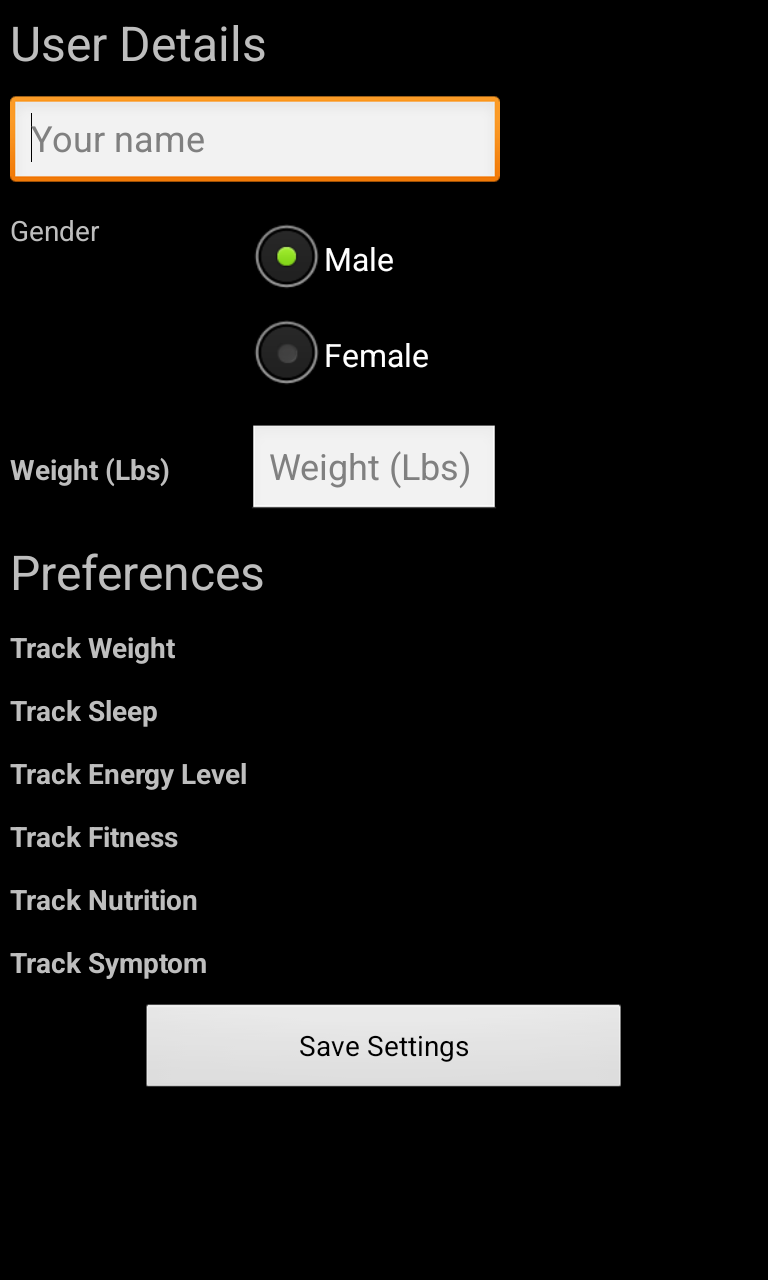
Repository: dillonyoung/CPD4493
Layout: TraCare/res/layout/preferences.xml
An editor plug-in stored every save of this project. The layout is shown before and after the next save, followed by the edit.
It is drawn on a 768 x 1280 px phone screen (xhdpi) without system bars, with theme android:Theme.Black; the app's code is not run.

Above is the layout before, as saved 2013-04-10 22:39:46.

### TraCare/res/layout/preferences.xml
<?xml version="1.0" encoding="utf-8"?>
<ScrollView xmlns:android="http://schemas.android.com/apk/res/android"
    android:layout_width="fill_parent"
    android:layout_height="fill_parent" >

    <TableLayout
        android:id="@+id/TableLayout1"
        android:layout_width="match_parent"
        android:layout_height="wrap_content" >

        <TableRow
            android:id="@+id/tableRow1"
            android:layout_width="wrap_content"
            android:layout_height="wrap_content"
            android:padding="5dip" >

            <TextView
                android:id="@+id/textView1"
                android:layout_width="wrap_content"
                android:layout_height="wrap_content"
                android:layout_span="2"
                android:text="@string/user_details"
                android:textSize="24sp" />
        </TableRow>

        <TableRow
            android:id="@+id/tableRow2"
            android:layout_width="wrap_content"
            android:layout_height="wrap_content"
            android:padding="5dip" >

            <EditText
                android:id="@+id/txtUserName"
                android:layout_width="wrap_content"
                android:layout_height="wrap_content"
                android:layout_span="2"
                android:ems="20"
                android:hint="@string/yourname"
                android:inputType="textPersonName" >

                <requestFocus />
            </EditText>
        </TableRow>

        <TableRow
            android:id="@+id/tableRow3"
            android:layout_width="wrap_content"
            android:layout_height="wrap_content"
            android:padding="5dip" >

            <TextView
                android:id="@+id/textView2"
                android:layout_width="wrap_content"
                android:layout_height="wrap_content"
                android:text="@string/gender"
                style="@style/label" />

            <RadioGroup
                android:id="@+id/rdgrpGender"
                android:layout_width="wrap_content"
                android:layout_height="wrap_content" >

                <RadioButton
                    android:id="@+id/radMale"
                    android:layout_width="wrap_content"
                    android:layout_height="wrap_content"
                    android:checked="true"
                    android:text="@string/male" />

                <RadioButton
                    android:id="@+id/radFemale"
                    android:layout_width="wrap_content"
                    android:layout_height="wrap_content"
                    android:text="@string/female" />
            </RadioGroup>
        </TableRow>

        <TableRow
            android:id="@+id/tableRow4"
            android:layout_width="wrap_content"
            android:layout_height="wrap_content"
            android:padding="5dip" >

            <TextView
                android:id="@+id/textView3"
                android:layout_width="wrap_content"
                android:layout_height="wrap_content"
                android:text="@string/weight"
                android:textStyle="bold" />

            <EditText
                android:id="@+id/txtUserWeight"
                android:layout_width="wrap_content"
                android:layout_height="wrap_content"
                android:ems="6"
                android:hint="@string/weight"
                android:inputType="numberDecimal" />
        </TableRow>

        <TableRow
            android:id="@+id/tableRow5"
            android:layout_width="wrap_content"
            android:layout_height="wrap_content"
            android:padding="5dip" >

            <TextView
                android:id="@+id/textView4"
                android:layout_width="wrap_content"
                android:layout_height="wrap_content"
                android:layout_span="2"
                android:text="@string/preferences"
                android:textSize="24sp" />
        </TableRow>

        <TableRow
            android:id="@+id/tableRow6"
            android:layout_width="wrap_content"
            android:layout_height="wrap_content"
            android:padding="5dip" >

            <TextView
                android:id="@+id/textView5"
                android:layout_width="wrap_content"
                android:layout_height="wrap_content"
                android:text="@string/track_weight"
                android:textStyle="bold" />

            <Switch
                android:id="@+id/switchWeight"
                android:layout_width="wrap_content"
                android:layout_height="wrap_content"
                android:text="" />
        </TableRow>

        <TableRow
            android:id="@+id/tableRow7"
            android:layout_width="wrap_content"
            android:layout_height="wrap_content"
            android:padding="5dip" >

            <TextView
                android:id="@+id/textView6"
                android:layout_width="wrap_content"
                android:layout_height="wrap_content"
                android:text="@string/track_sleep"
                android:textStyle="bold" />

            <Switch
                android:id="@+id/switchSleep"
                android:layout_width="wrap_content"
                android:layout_height="wrap_content"
                android:text="" />
        </TableRow>

        <TableRow
            android:id="@+id/tableRow8"
            android:layout_width="wrap_content"
            android:layout_height="wrap_content"
            android:padding="5dip" >

            <TextView
                android:id="@+id/textView7"
                android:layout_width="wrap_content"
                android:layout_height="wrap_content"
                android:text="@string/track_energy_level"
                android:textStyle="bold" />

            <Switch
                android:id="@+id/switchEnergyLevel"
                android:layout_width="wrap_content"
                android:layout_height="wrap_content"
                android:text="" />
        </TableRow>

        <TableRow
            android:id="@+id/tableRow9"
            android:layout_width="wrap_content"
            android:layout_height="wrap_content"
            android:padding="5dip" >

            <TextView
                android:id="@+id/textView8"
                android:layout_width="wrap_content"
                android:layout_height="wrap_content"
                android:text="@string/track_fitness"
                android:textStyle="bold" />

            <Switch
                android:id="@+id/switchFitness"
                android:layout_width="wrap_content"
                android:layout_height="wrap_content"
                android:text="" />
        </TableRow>

        <TableRow
            android:id="@+id/tableRow10"
            android:layout_width="wrap_content"
            android:layout_height="wrap_content"
            android:padding="5dip" >

            <TextView
                android:id="@+id/textView9"
                android:layout_width="wrap_content"
                android:layout_height="wrap_content"
                android:text="@string/track_nutrition"
                android:textStyle="bold" />

            <Switch
                android:id="@+id/switchNutrition"
                android:layout_width="wrap_content"
                android:layout_height="wrap_content"
                android:text="" />
        </TableRow>

                <TableRow
            android:id="@+id/tableRow11"
            android:layout_width="wrap_content"
            android:layout_height="wrap_content"
            android:padding="5dip" >

            <TextView
                android:id="@+id/textView10"
                android:layout_width="wrap_content"
                android:layout_height="wrap_content"
                android:text="@string/track_symptom"
                android:textStyle="bold" />

            <Switch
                android:id="@+id/switchSymptom"
                android:layout_width="wrap_content"
                android:layout_height="wrap_content"
                android:text="" />
        </TableRow>

        <TableRow
            android:id="@+id/tableRow12"
            android:layout_width="wrap_content"
            android:layout_height="wrap_content"
            android:gravity="center_horizontal"
            android:padding="5dip" >

            <Button
                android:id="@+id/btnSave"
                android:layout_width="wrap_content"
                android:layout_height="wrap_content"
                android:layout_span="2"
                android:text="@string/savesettings" />
        </TableRow>
    </TableLayout>

</ScrollView>

### TraCare/res/values/strings.xml
<?xml version="1.0" encoding="utf-8"?>
<resources>

    <string name="app_name">TraCare</string>
    <string name="action_settings">Settings</string>
    <string name="title_section1">Section 1</string>
    <string name="title_section2">Section 2</string>
    <string name="title_section3">Section 3</string>
    <string name="user_details">User Details</string>
    <string name="gender">Gender</string>
    <string name="male">Male</string>
    <string name="female">Female</string>
    <string name="weight">Weight (Lbs)</string>
    <string name="preferences">Preferences</string>
    <string name="track_weight">Track Weight</string>
    <string name="track_sleep">Track Sleep</string>
    <string name="track_energy_level">Track Energy Level</string>
    <string name="track_quality_of_sleep">Track Quality of Sleep</string>
    <string name="track_fitness">Track Fitness</string>
    <string name="track_nutrition">Track Nutrition</string>
    <string name="savesettings">Save Settings</string>
    <string name="back">Back</string>
    <string name="yourname">Your name</string>
    <string name="track_symptom">Track Symptom</string>
    <string name="image"></string>
    <string name="blank"></string>
    <string name="menu_add_entry">Add Entry</string>
    <string name="menu_delete_entry">Delete Entry</string>
    <string name="summary">Summary Report</string>
    <string name="startdate">Start Date</string>
    <string name="enddate">End Date</string>
    <string name="runreport">Run Report</string>
    <string name="reportstart">Report Start Date</string>
    <string name="reportend">Report End Date</string>
    <string name="lowestweight">Lowest Weight</string>
    <string name="lowestdate">Date of Lowest Weight</string>
	<string name="highestweight">Highest Weight</string>
    <string name="highestdate">Date of Highest Weight</string>
    <string name="averageweight">Average Weight</string>
    <string-array name="hours_of_sleep">
        <item>0.0 Hours of Sleep</item>
        <item>0.5 Hours of Sleep</item>
        <item>1.0 Hours of Sleep</item>
        <item>1.5 Hours of Sleep</item>
        <item>2.0 Hours of Sleep</item>
        <item>2.5 Hours of Sleep</item>
        <item>3.0 Hours of Sleep</item>
        <item>3.5 Hours of Sleep</item>
        <item>4.0 Hours of Sleep</item>
        <item>4.5 Hours of Sleep</item>
        <item>5.0 Hours of Sleep</item>
        <item>5.5 Hours of Sleep</item>
        <item>6.0 Hours of Sleep</item>
        <item>6.5 Hours of Sleep</item>
        <item>7.0 Hours of Sleep</item>
        <item>7.5 Hours of Sleep</item>
        <item>8.0 Hours of Sleep</item>
        <item>8.5 Hours of Sleep</item>
        <item>9.0 Hours of Sleep</item>
        <item>9.5 Hours of Sleep</item>
        <item>10.0 Hours of Sleep</item>
        <item>10.5 Hours of Sleep</item>
        <item>11.0 Hours of Sleep</item>
        <item>11.5 Hours of Sleep</item>
        <item>12.0 Hours of Sleep</item>
        <item>12.5 Hours of Sleep</item>
        <item>13.0 Hours of Sleep</item>
        <item>13.5 Hours of Sleep</item>
        <item>14.0 Hours of Sleep</item>
        <item>14.5 Hours of Sleep</item>
        <item>15.0 Hours of Sleep</item>
        <item>15.5 Hours of Sleep</item>
        <item>16.0 Hours of Sleep</item>
        <item>16.5 Hours of Sleep</item>
        <item>17.0 Hours of Sleep</item>
        <item>17.5 Hours of Sleep</item>
        <item>18.0 Hours of Sleep</item>
        <item>18.5 Hours of Sleep</item>
        <item>19.0 Hours of Sleep</item>
        <item>19.5 Hours of Sleep</item>
        <item>20.0 Hours of Sleep</item>
        <item>20.5 Hours of Sleep</item>
        <item>21.0 Hours of Sleep</item>
        <item>21.5 Hours of Sleep</item>
        <item>22.0 Hours of Sleep</item>
        <item>22.5 Hours of Sleep</item>
        <item>23.0 Hours of Sleep</item>
        <item>23.5 Hours of Sleep</item>
    </string-array>
    <string-array name="energy_level">
        <item>Energy Level Not Specified</item>
        <item>Terrible Energy Level</item>
        <item>Poor Energy Level</item>
        <item>Average Energy Level</item>
        <item>Good Energy Level</item>
        <item>Excellent Energy Level</item>
    </string-array>
    <string-array name="quality_of_sleep">
        <item>Quality of Sleep Not Specified</item>
        <item>Terrible Quality of Sleep</item>
        <item>Poor Quality of Sleep</item>
        <item>Average Quality of Sleep</item>
        <item>Good Quality of Sleep</item>
        <item>Excellent Quality of Sleep</item>
    </string-array>
    <string-array name="symptom_type">
        <item>Symptom Type Not Specified</item>
        <item>Other</item>
        <item>Abdominal Pain</item>
        <item>Chest Pain</item>
        <item>Constipation</item>
        <item>Cought</item>
        <item>Diarrea</item>
        <item>Dizziness</item>
        <item>Eye Discomfort</item>
        <item>Foot Pain</item>
        <item>Hip Pain</item>
        <item>Knee Pain</item>
        <item>Low Back Pain</item>
        <item>Nasal Congestion</item>
        <item>Nausea</item>
        <item>Neck Pain</item>
        <item>Numbness</item>
        <item>Shortness of Breath</item>
        <item>Shoulder Pain</item>
        <item>Sore Throat</item>
        <item>Vision Problems</item>
        <item>Wheezing</item>
    </string-array>
        <string name="string_new_entry">New Entry</string>
        <string name="string_hours_of_sleep">Select Hours of Sleep</string>
        <string name="string_fitness">Your fitness activity</string>
        <string name="string_nutrition">Your nutrition</string>
        <string name="string_symtpom_description">The symptom description</string>
        <string name="saveentry">Save New Entry</string>

</resources>

### TraCare/res/values/styles.xml
<resources xmlns:android="http://schemas.android.com/apk/res/android">

    <!--
        Base application theme, dependent on API level. This theme is replaced
        by AppBaseTheme from res/values-vXX/styles.xml on newer devices.
    -->
    <style name="AppBaseTheme" parent="android:Theme.Light">
        <!--
            Theme customizations available in newer API levels can go in
            res/values-vXX/styles.xml, while customizations related to
            backward-compatibility can go here.
        -->
    </style>

    <!-- Application theme. -->
    <style name="AppTheme" parent="AppBaseTheme">
        <!-- All customizations that are NOT specific to a particular API-level can go here. -->
    </style>
    <style name="label">
        <item name="android:textSize">14sp</item>
    </style>



</resources>

After the next save:
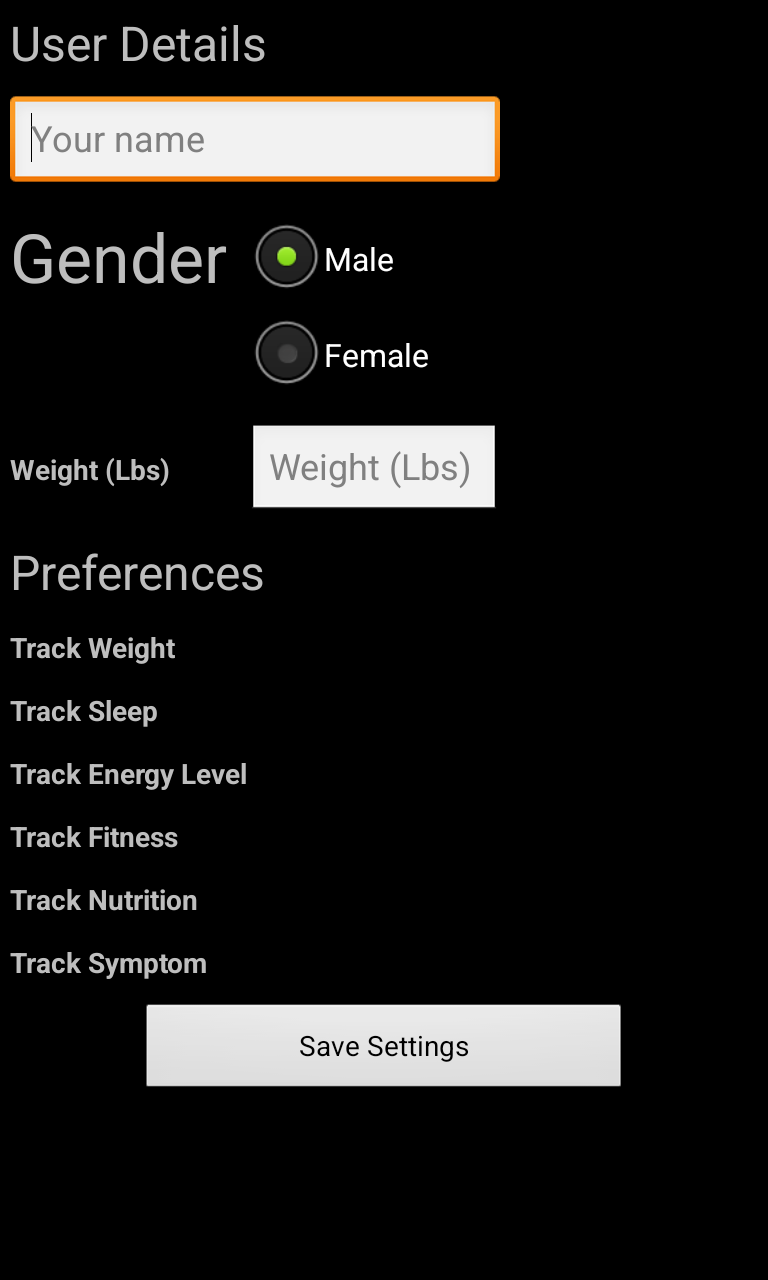
Saved 42 s later.
--- a/TraCare/res/values/styles.xml
+++ b/TraCare/res/values/styles.xml
@@ -17,7 +17,7 @@
         <!-- All customizations that are NOT specific to a particular API-level can go here. -->
     </style>
     <style name="label">
-        <item name="android:textSize">14sp</item>
+        <item name="android:textSize">34sp</item>
     </style>
 
 
